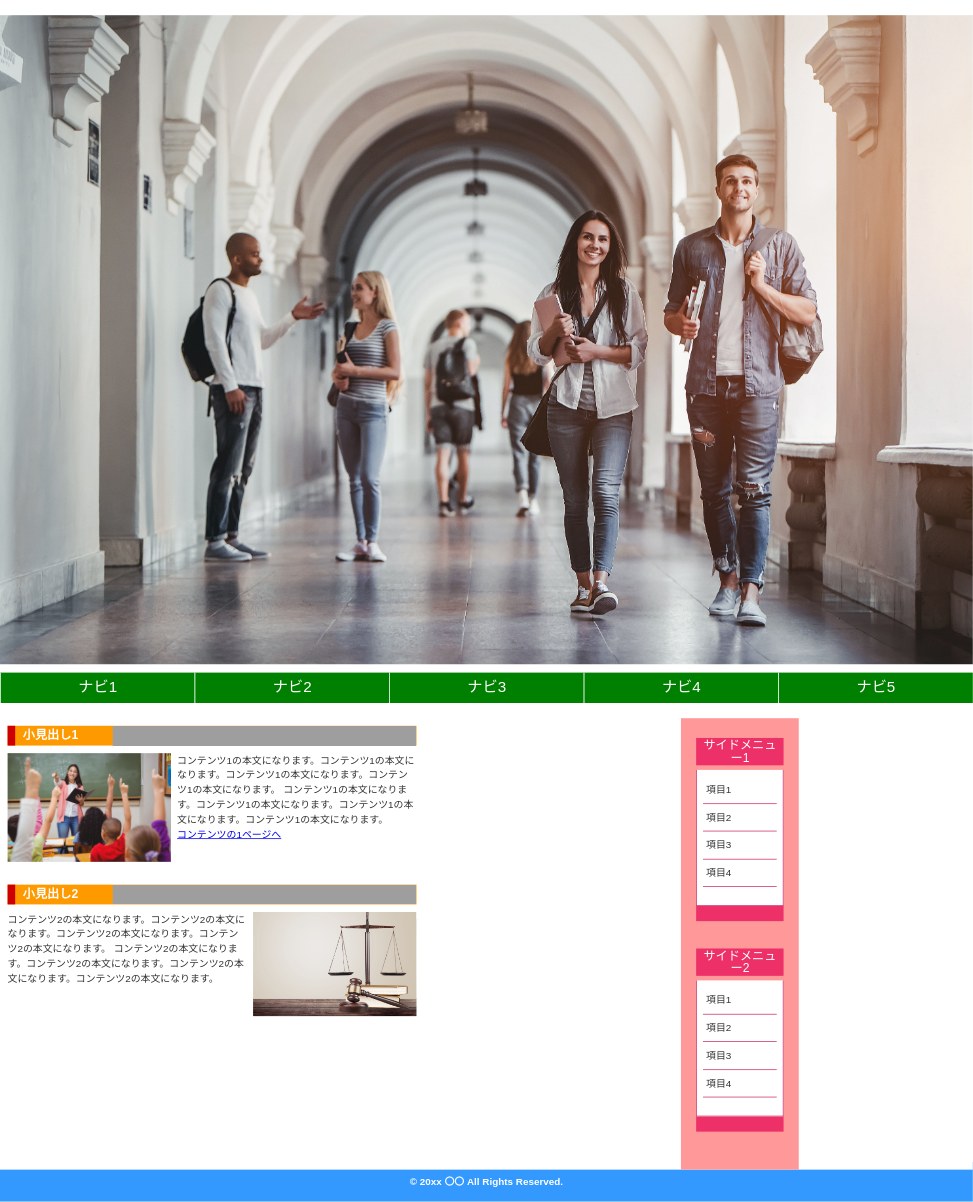
Repository: revolver67/samurai_HTML-CSS
Page: home.html
The author's editor kept a record of every edit. The page is drawn from the files as they stood at one moment, then again after the next edit.
The browser window is 1280 px wide. The pictures show the whole page, at 76% of full size.
Pictures or frames that could not be fetched are drawn as grey boxes.

Above is the page before.

After the next edit:
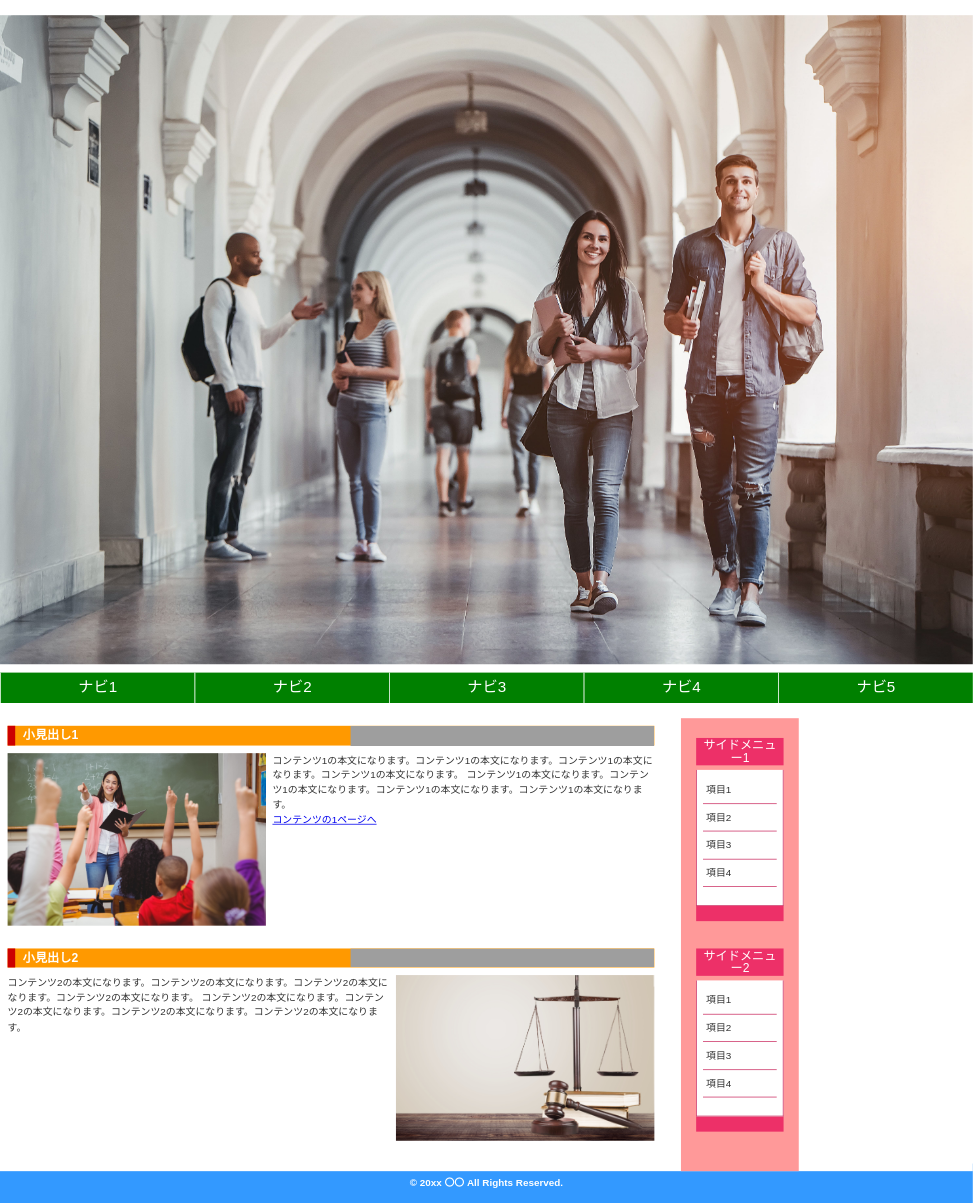
The edit:
--- a/stylesheet.css
+++ b/stylesheet.css
@@ -87,8 +87,8 @@
 }
 /*-------------------- main -------------------------*/
 #main {
-    float: left;
-    width: 60%;
+    /*float: left;*/
+    width: 95%;
     padding: 10px 30px 10px 10px;
 }
 #main h2 {
